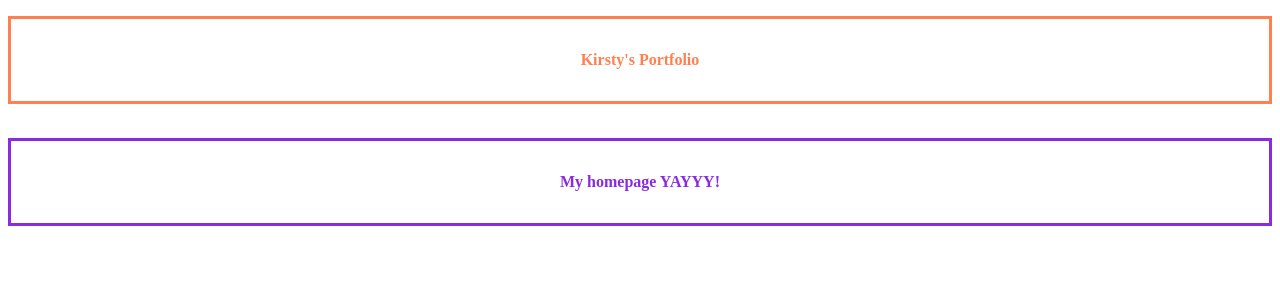
Repository: KLM94/React-Portfolio
Page: /
An editor plug-in stored every save of this project. The page is shown before and after the next save, followed by the edit.
The browser window is 1280 px wide. The pictures show the whole page.
The project was rebuilt for these pictures with package versions that can differ from the ones it lists, and the page was loaded fresh each time. Also part of the build but not shown: src/index.css.

Above is the page before, as saved 2020-03-30 12:21:37.

After the next save:
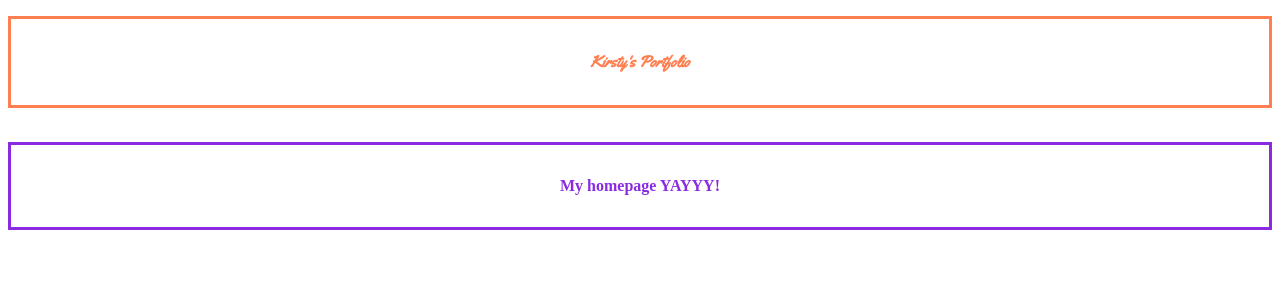
Saved 25 s later.
--- a/src/CSS Modules/Header.module.css
+++ b/src/CSS Modules/Header.module.css
@@ -1,6 +1,7 @@
 @import url("https://fonts.googleapis.com/css?family=Yellowtail&display=swap");
 
 .headerText {
+  font-family: "Yellowtail", cursive;
   text-align: center;
   color: coral;
   font-weight: bolder;
